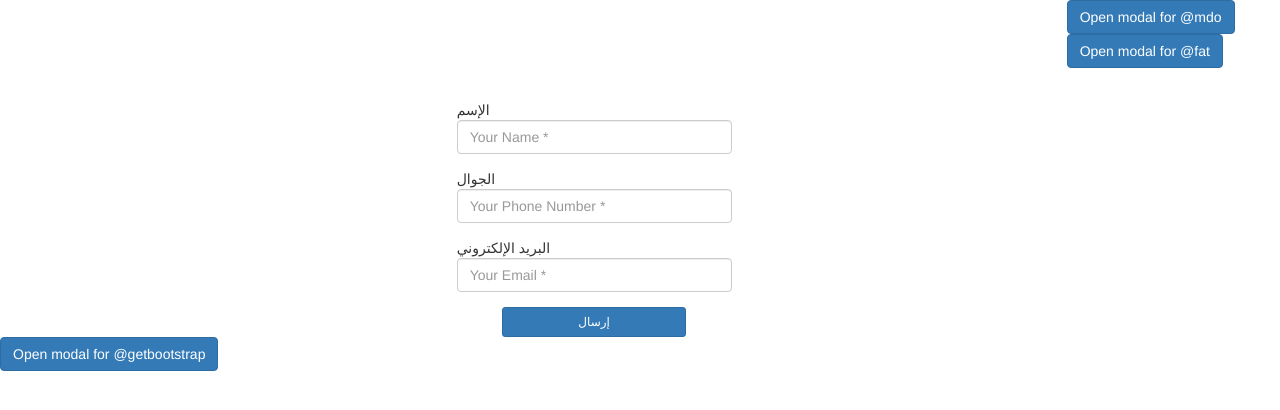
Repository: Abdaljawad-Aya/Itbeep-task
Page: http://localhost/form-user
The author's editor kept a copy of each file at every save. The page is drawn from the files as they stood at one save, then again after the next save.
The browser window is 1280 px wide. The pictures show the whole page.
The page is served by the project's Laravel application, run on PHP 8.4 with Laravel 8.

Above is the page before, as saved 2021-03-07 17:41:18.

After the next save:
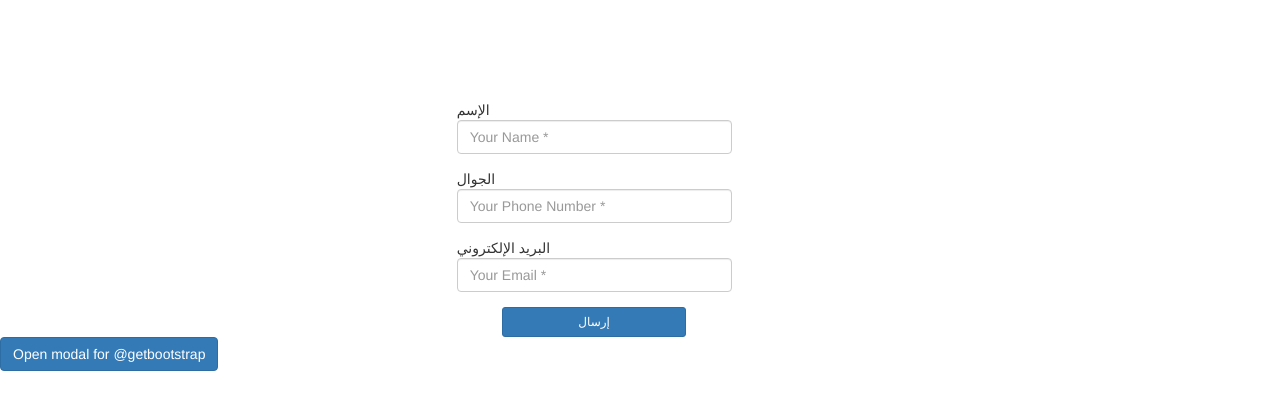
Saved 6 s later.
--- a/singlePageApp/resources/views/form-user.blade.php
+++ b/singlePageApp/resources/views/form-user.blade.php
@@ -79,8 +79,7 @@
      </div>
     </form>
 </div>
-<button type="button" class="btn btn-primary" data-toggle="modal" data-target="#exampleModal" data-whatever="@mdo">Open modal for @mdo</button>
-<button type="button" class="btn btn-primary" data-toggle="modal" data-target="#exampleModal" data-whatever="@fat">Open modal for @fat</button>
+
 <button type="button" class="btn btn-primary" data-toggle="modal" data-target="#exampleModal" data-whatever="@getbootstrap">Open modal for @getbootstrap</button>
 
 <div class="modal fade" id="exampleModal" tabindex="-1" role="dialog" aria-labelledby="exampleModalLabel" aria-hidden="true">
